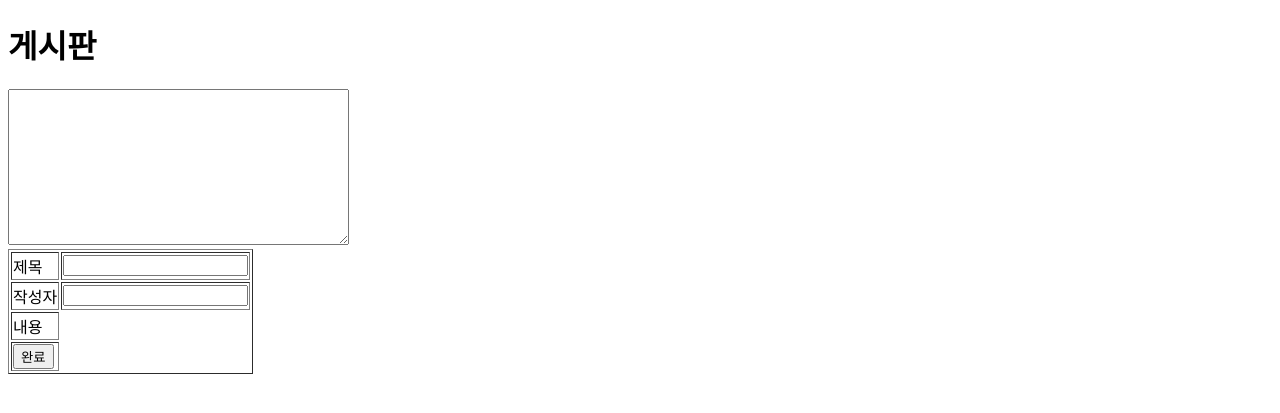
Repository: SongHyeSun/JSP
Page: jspSrc17/och02/src/main/webapp/board.html
These files come from the project's save history. The page is drawn as it stood at one moment and after the next save; the edit follows.
The browser window is 1280 px wide. The pictures show the whole page.

Above is the page before, as saved 2024-07-09 05:15:44.

### jspSrc17/och02/src/main/webapp/board.html
<!DOCTYPE html>
<html>
<head>
<meta charset="UTF-8">
<title>Insert title here</title>
</head>
<body>
	<h1>게시판</h1>
	<table border="1">
		<tr>
			<td>제목</td>
			<td><input type="text" name="title"></td>
		</tr>
		<tr>
			<td>작성자</td>
			<td><input type="text" name="writer"></td>
		</tr>
		<tr>
			<td>내용</td>
			<textarea cols="40" rows="10" name="content"></textarea>
		</tr>
		<tr>
			<td><input type="submit" value="완료"></td>
		</tr>
	</table>
</body>
</html>

After the next save:
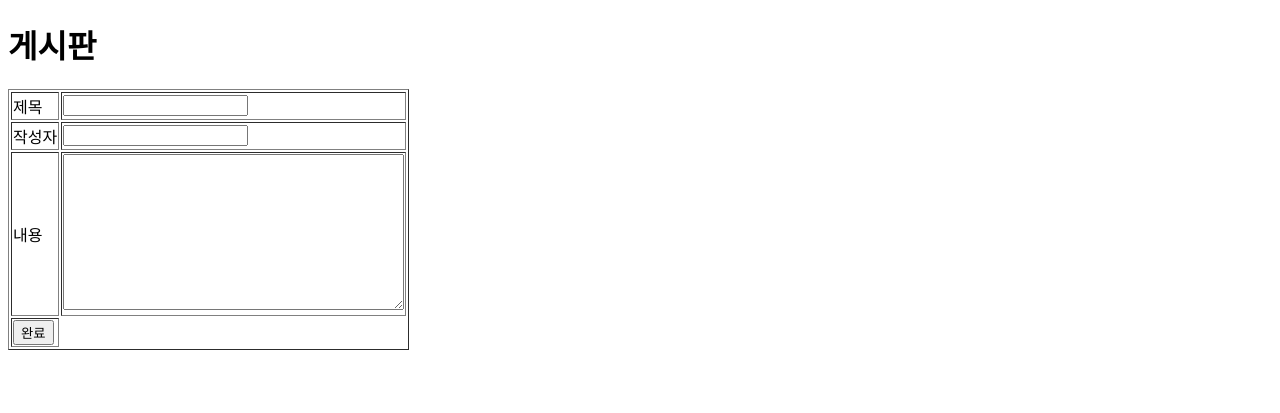
Saved 31 s later.
--- a/jspSrc17/och02/src/main/webapp/board.html
+++ b/jspSrc17/och02/src/main/webapp/board.html
@@ -17,7 +17,7 @@
 		</tr>
 		<tr>
 			<td>내용</td>
-			<textarea cols="40" rows="10" name="content"></textarea>
+			<td><textarea cols="40" rows="10" name="content"></textarea></td>
 		</tr>
 		<tr>
 			<td><input type="submit" value="완료"></td>
